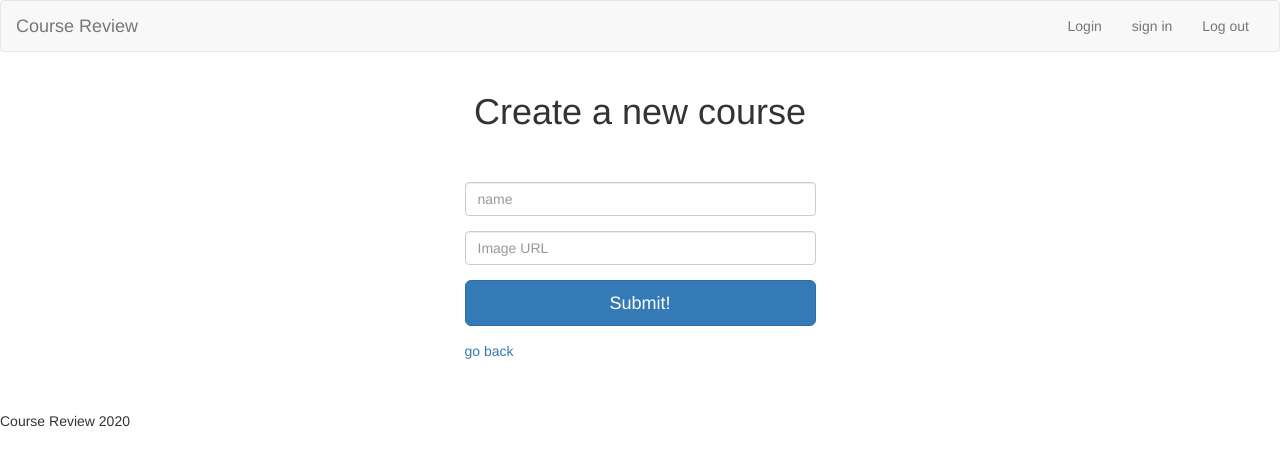
Repository: codewangg/CourseReview
Page: http://localhost/courses/new
An editor plug-in stored every save of this project. The page is shown before and after the next save, followed by the edit.
The browser window is 1280 px wide. The pictures show the whole page.
The page is served by the project's Node server (app.js).

Above is the page before, as saved 2020-08-15 18:49:03.

After the next save:
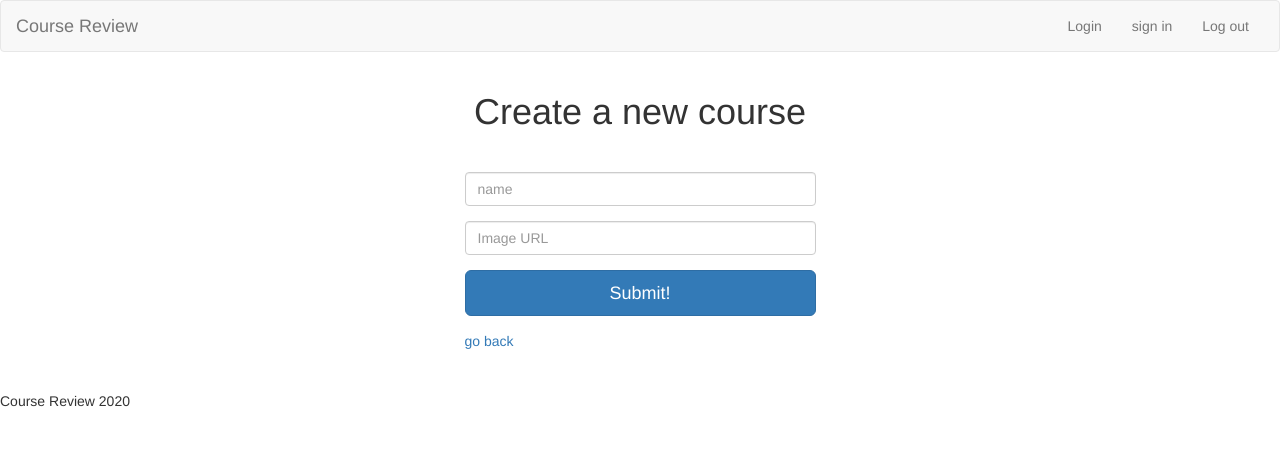
Saved 4 s later.
--- a/views/new.ejs
+++ b/views/new.ejs
@@ -3,7 +3,7 @@
 <div class="container">
     <div class="row">
         <h1 style="text-align:  center;">Create a new course</h1>
-        <div style="width: 30%; margin:50px auto;">
+        <div style="width: 30%; margin:40px auto;">
             <form action="/courses" method="POST">
 
                 <div class="form-group">
